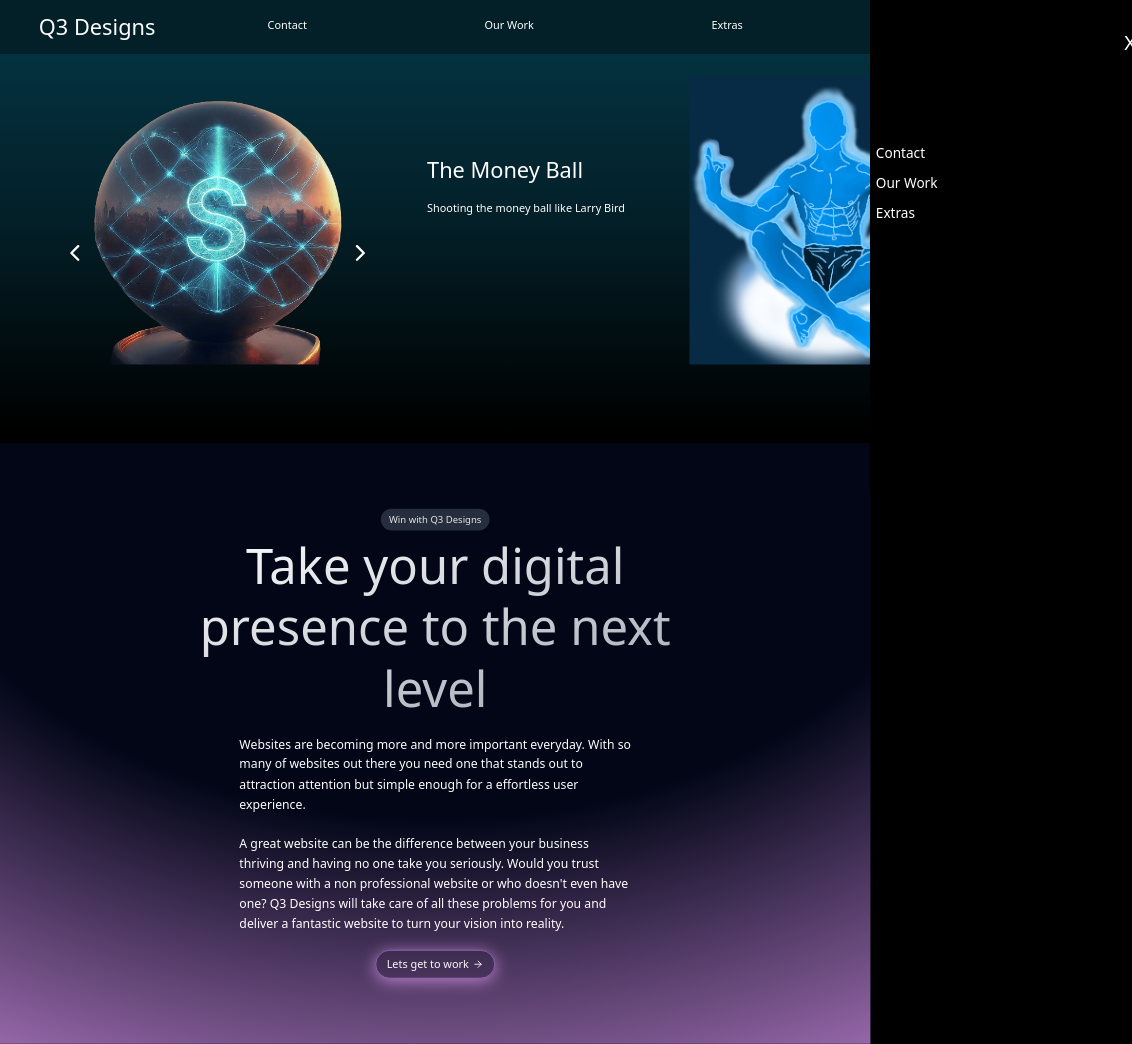
Repository: TMuse333/q3-desings2
Page: /
The author's editor kept a copy of each file at every save. The page is drawn from the files as they stood at one save, then again after the next save.
The browser window is 1280 px wide. The page is 1664 px wide, so the pictures cover 1664 px, including what lies to the right of the window. The pictures show the whole page, at 68% of full size.
The project was rebuilt for these pictures with package versions that can differ from the ones it lists, and the page was loaded fresh each time. Also part of the build but not shown: vite.config.ts, src/components/contact/contact.tsx.

Above is the page before, as saved 2024-05-17 18:53:28.

### src/main.tsx
import React from 'react'
import ReactDOM from 'react-dom/client'
import App from './App.js'
import './index.css'
import {ContextProvider} from './context/context'
import { BrowserRouter } from 'react-router-dom';
ReactDOM.createRoot(document.getElementById('root')!).render(
  <ContextProvider>
  <React.StrictMode>
    <BrowserRouter>
    <App />
    </BrowserRouter>
  </React.StrictMode>
  </ContextProvider>,
)

### src/App.tsx


import './App.css'

import Homepage from './components/homepage/homepage'
import {Route, Routes} from 'react-router-dom'
import Contact from './components/contact/contact'
function App() {


  return (
    <>
    <Routes>
      <Route path='/' element={<Homepage/>}/>
      <Route path='contact' element={<Contact/>}/>
    </Routes>

    </>
  )
}

export default App

### src/index.css
@tailwind base;
@tailwind components;
@tailwind utilities;

#root{
    background-color: black;
    height:100vh;
}

body{
    background-color: black;
}

button{
    padding:0.5rem 2rem;
    background-color: black;
    color:white;
    border-radius: 1rem;
}

h1{
    color:white;
    font-size: 2rem;
}

p{
    color:white;
    /* font-size: 1.5rem; */
}

button{
    background-color: #00769e;
}

.glow {
    box-shadow: 0 0 20px 5px #3e7384;
    box-shadow: 0 0 20px 5px #003647;
box-shadow: 0 0 20px 5px rgba(2, 148, 245, 0.5);
transition: box-shadow 0.3s ease-in, background-color 0.3s ease-in;
}

.glow:hover{
    box-shadow: 0 0 40px 5px rgba(2, 148, 245, 0.5);
    transition: box-shadow 0.3s ease-in, background-color 0.3s ease-in;
}

### src/context/context.tsx
import React, { createContext, useState, useContext, ReactNode, useEffect } from 'react';

// Define the type for the context value
interface GeneralContextType {
  textYPosition: number;
  setTextYPosition: React.Dispatch<React.SetStateAction<number>>;
  isMobile: boolean;
  setIsMobile: React.Dispatch<React.SetStateAction<boolean>>;
  setSecondCircleComplete:React.Dispatch<React.SetStateAction<boolean[]>>;
  secondCircleComplete: boolean[];
  isMobile2: boolean;
  setIsMobile2: React.Dispatch<React.SetStateAction<boolean>>;
  handleCircleComplete: (index: number, value: boolean) => void;
}

// Create the context
export const GeneralContext = createContext<GeneralContextType | undefined>(undefined);

// Create a provider component
export const ContextProvider: React.FC<{ children: ReactNode }> = ({ children }) => {
  // Initialize the value state
  const [textYPosition, setTextYPosition] = useState<number>(0);

  // Detect mobile devices
  const [isMobile, setIsMobile] = useState<boolean>(window.innerWidth <= 655);

  const [isMobile2, setIsMobile2] = useState<boolean>(window.innerWidth <= 655);

  const [secondCircleComplete, setSecondCircleComplete] = useState<boolean[]>(
    Array.from({ length: 7 }, () => false)
  );

  const handleCircleComplete = (index: number, value: boolean) => {
    setSecondCircleComplete((prev) => {
      const newState = [...prev]; // Create a copy of the previous state array
      newState[index] = value; // Update the value at the specified index
      return newState; // Return the new state array
    });
  };



  useEffect(() => {
    const handleScroll = () => {
      setIsMobile(window.innerWidth <= 655);
    };
    window.addEventListener('scroll', handleScroll);
    handleScroll();

    return () => {
      window.removeEventListener('scroll', handleScroll);
    };
  }, []);

  useEffect(() => {
    const handleScroll = () => {
      setIsMobile2(window.innerWidth <= 400);
    };
    window.addEventListener('scroll', handleScroll);
    handleScroll();

    return () => {
      window.removeEventListener('scroll', handleScroll);
    };
  }, []);

  useEffect(() => {
    console.log('is mobile', isMobile);
  }, [isMobile]);

  const contextValue = {
    textYPosition,
    setTextYPosition,
    isMobile,
    setIsMobile,
    secondCircleComplete,
    setSecondCircleComplete,
    isMobile2,
    setIsMobile2,
    handleCircleComplete
  };

  return <GeneralContext.Provider value={contextValue}>{children}</GeneralContext.Provider>;
};

export const useGeneralContext = (): GeneralContextType => {
  const context = useContext(GeneralContext);
  if (!context) {
    throw new Error('useGeneralContext must be used within a ContextProvider');
  }
  return context;
};

### src/App.css
#root {
  max-width: 1280px;
  margin: 0 auto;
  padding: 2rem;
  text-align: center;
}

.logo {
  height: 6em;
  padding: 1.5em;
  will-change: filter;
  transition: filter 300ms;
}
.logo:hover {
  filter: drop-shadow(0 0 2em #646cffaa);
}
.logo.react:hover {
  filter: drop-shadow(0 0 2em #61dafbaa);
}

.h1{
  color:red;
}

@keyframes logo-spin {
  from {
    transform: rotate(0deg);
  }
  to {
    transform: rotate(360deg);
  }
}

@media (prefers-reduced-motion: no-preference) {
  a:nth-of-type(2) .logo {
    animation: logo-spin infinite 20s linear;
  }
}

.card {
  padding: 2em;
}

.read-the-docs {
  color: #888;
}

### src/components/carousel/carousel.tsx
import React, {useEffect, useState} from 'react'
import { ChevronLeft, ChevronRight } from "react-feather";
import {motion, AnimatePresence} from 'framer-motion'

interface CarouselProps {
    images:{
        url:string,
        imageIndex:number
        title:string,
        description:string


    }[],
    hasDescription?:boolean


}


const Carousel:React.FC<CarouselProps> = ({images,
hasDescription}) =>{

    const [shift,setShift] = useState<number>(0)

    const [currentImage, setCurrentImage] = useState<number>(0)


    const [leftEdgeShift, setLeftEdgeShift] = useState<number>(-100)

    const [leftEdgeCase, setLeftEdgeCase] = useState<boolean>(true)

    function handlePrevClick(){



        if(shift === 0 ){
            console.warn('LEFT EDGE CASE!')
            setLeftEdgeCase(true)
            setLeftEdgeShift(0)
            setCurrentImage(2)

            // setShift(-images.length + 1)
            // setCurrentImage(images.length -1)
        }
        else{
            setShift(prev => prev + 1);
            setCurrentImage(prev => prev -1)
        }


    }

    function handleNextClick(){
        if(shift === -images.length +1){
            setShift(0)
            setCurrentImage(0)
        }

        else{
            setShift(prev => prev - 1);
            setCurrentImage(prev => prev + 1)
        }



}

        useEffect(()=> {
            if(shift === 0){
                console.warn('we are on left edge case')
                setLeftEdgeShift(-100)
            }
            else{
                console.warn('not on left edge case')
                setLeftEdgeShift((shift * 100) + (100 * images.length - 1))
            }
        })



    return (
        <>

        <section
        className='w-screen max-w-[1300px] relative
        flex flex-col md2:flex-row ml-auto mr-auto



          justify-center items-center

        mb-5'>



       <div className={`mt-10
        flex
       relative
       ${hasDescription ? 'md:w-[50%]' : 'w-[100%]'}`}>


        <section className='flex relative
        justify-center items-center ml-auto
        mr-auto w-[100vw]
        w-[70vw]
        max-h-[804px]
       h-[95vw]
        sm:h-[50vw]
        max-w-[900px] z-3
        max-h-[420px]
        md:max-h-[520px]

        '>


        {images.map((image,index) => (
            <>

            {/*this dictates the height and width of the image*/}
   <div className='w-[90vw]
   sm:w-[70vw]
h-[80vw]
sm:h-[50vw]

     ml-auto
   mr-auto
   mb-auto
   max-h-[390px]
   md:max-h-[520px]
   absolute transition-transform duration-500


   '
   key={index}
   style={{
    transform: `translateX(${image.imageIndex === images.length - 1 ? leftEdgeShift : (shift * 100) + (100 * image.imageIndex)}%)`,
    transitionTimingFunction: 'cubic-bezier(0.48, -0.25, 0.17, 1.33)',
   }}
>
       <img

        src={image.url}
       className='w-[80%]
            max-w-[405px]
            max-h-[424px]
       h-[100%] object-cover
       object-bottom


       ml-auto mr-auto'/>
   </div>



   </>

        ))}
<div className='relative z-3
w-[100vw] flex justify-between
items-center

max-h-[434px]
////sm:w-[70vw]
max-w-[460px]

md:top-auto

'>

        <button className='bg-transparent p-0
'>
        <ChevronLeft
            onClick={handlePrevClick}
            size={40}/>
        </button>

        <button className=' bg-transparent p-0'>
            <ChevronRight
            size={40}
            onClick={handleNextClick}/>
        </button>
        </div>




         </section>

       </div>

       {hasDescription && (
      <AnimatePresence mode='wait'>
      <motion.div
        key={currentImage}
        className="w-[100%] relative
         md2:w-[50%] md:-translate-y-[5rem]
    ml-auto
    md2:-translate-x-[2rem]
        mr-auto
  "
        initial={{ opacity: 0 }}
        animate={{ opacity: 1 }}
        exit={{ opacity: 0 }}
        transition={{ duration: 0.7 }} // Adjust duration as needed
      >
        <h1 className='md2:text-left
        md2:pl-5'>{images[currentImage].title}</h1>
        <p className="text-white
        text-center pl-5 pr-5 pt-5
        md2:pr-0 pl-0 md2:text-left
       ">{images[currentImage].description}</p>
      </motion.div>
    </AnimatePresence>
       )}
       </section>


            </>

    )
}

export default Carousel

### src/components/auroraHero/auroraHero.tsx
// import { Stars } from "@react-three/drei";
// import { Canvas } from "@react-three/fiber";
import { useEffect } from "react";
import { FiArrowRight } from "react-icons/fi";
import {
  useMotionTemplate,
  useMotionValue,
  motion,
  animate,
} from "framer-motion";
import { Link } from "react-router-dom";

const COLORS_TOP = ["#13FFAA", "#1E67C6", "#CE84CF", "#DD335C"];

export const AuroraHero = () => {
  const color = useMotionValue(COLORS_TOP[0]);

  useEffect(() => {
    animate(color, COLORS_TOP, {
      ease: "easeInOut",
      duration: 10,
      repeat: Infinity,
      repeatType: "mirror",
    });
  }, []);

  const backgroundImage = useMotionTemplate`radial-gradient(125% 125% at 50% 0%, #020617 50%, ${color})`;
  const border = useMotionTemplate`1px solid ${color}`;
  const boxShadow = useMotionTemplate`0px 4px 24px ${color}`;

  return (
    <motion.section
      style={{
        backgroundImage,
      }}
      className="relative grid min-h-screen place-content-center overflow-hidden bg-gray-950 px-4 py-24 text-gray-200"
    >
      <div className="relative z-10 flex flex-col items-center">
        <span className="mb-1.5 inline-block rounded-full bg-gray-600/50 px-3 py-1.5 text-sm">
          Win with Q3 Designs
        </span>
        <h1 className="max-w-3xl bg-gradient-to-br from-white to-gray-400 bg-clip-text text-center text-3xl font-medium leading-tight text-transparent sm:text-5xl sm:leading-tight md:text-7xl md:leading-tight">
          Take your digital presence to the next level
        </h1>
        <p className="my-6 max-w-xl text-left  text-base leading-relaxed md:text-lg md:leading-relaxed">
        Websites are becoming more and more important everyday. With so many of websites out there you need one that stands out to attraction attention but simple enough for a effortless user experience.
<br/><br/>
A great website can be the difference between your business thriving and having no one take you seriously. Would you trust someone with a non professional website or who doesn't even have one? Q3 Designs will take care of all these problems for you and deliver a fantastic website to turn your vision into reality.
        </p>
        <Link to='/contact'>


        <motion.button
          style={{
            border,
            boxShadow,
          }}
          whileHover={{
            scale: 1.015,
          }}
          whileTap={{
            scale: 0.985,
          }}
          className="group relative flex w-fit items-center gap-1.5 rounded-full bg-gray-950/10 px-4 py-2 text-gray-50 transition-colors hover:bg-gray-950/50"
        >
          Lets get to work
          <FiArrowRight className="transition-transform group-hover:-rotate-45 group-active:-rotate-12" />
        </motion.button>
        </Link>
      </div>

      {/* <div className="absolute inset-0 z-0">
        <Canvas>
          <Stars radius={50} count={2500} factor={4} fade speed={2} />
        </Canvas>
      </div> */}
    </motion.section>
  );
};

Loaded but not shown: index.html (common file); tailwind.config.js (23 lines, source omitted); src/components/navbar/navbar.tsx (264 lines, source omitted); src/components/homepage/homepage.tsx (257 lines, source omitted)

After the next save:
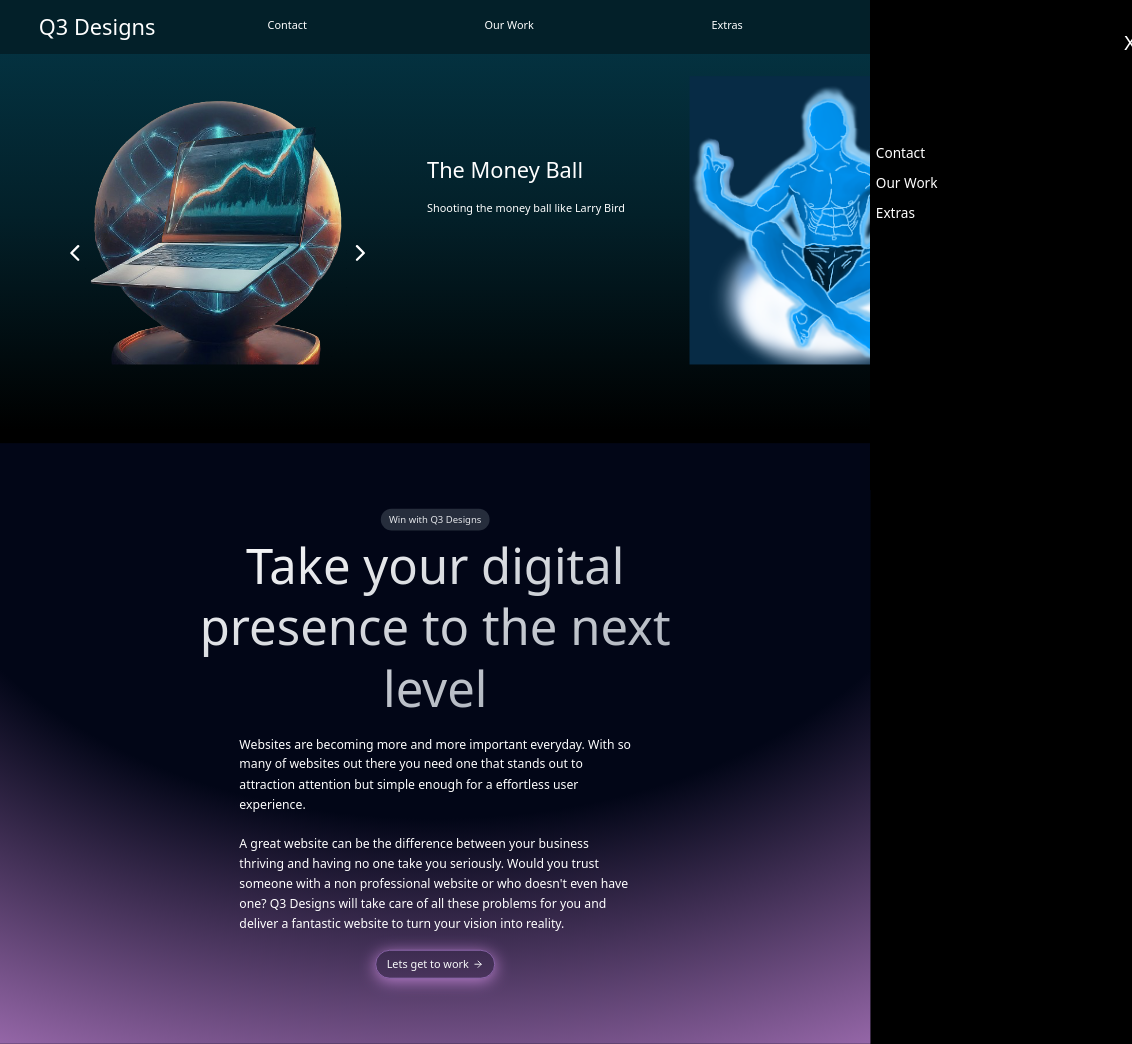
Saved 39 s later.
--- a/src/components/carousel/carousel.tsx
+++ b/src/components/carousel/carousel.tsx
@@ -133,7 +133,7 @@
    '
    key={index}
    style={{
-    transform: `translateX(${image.imageIndex === images.length - 1 ? leftEdgeShift : (shift * 100) + (100 * image.imageIndex)}%)`,
+    transform: `translateX(${image.imageIndex === images.length - 1 ? 0 : (shift * 100) + (100 * image.imageIndex)}%)`,
     transitionTimingFunction: 'cubic-bezier(0.48, -0.25, 0.17, 1.33)',
    }}
 >

After the save that followed:
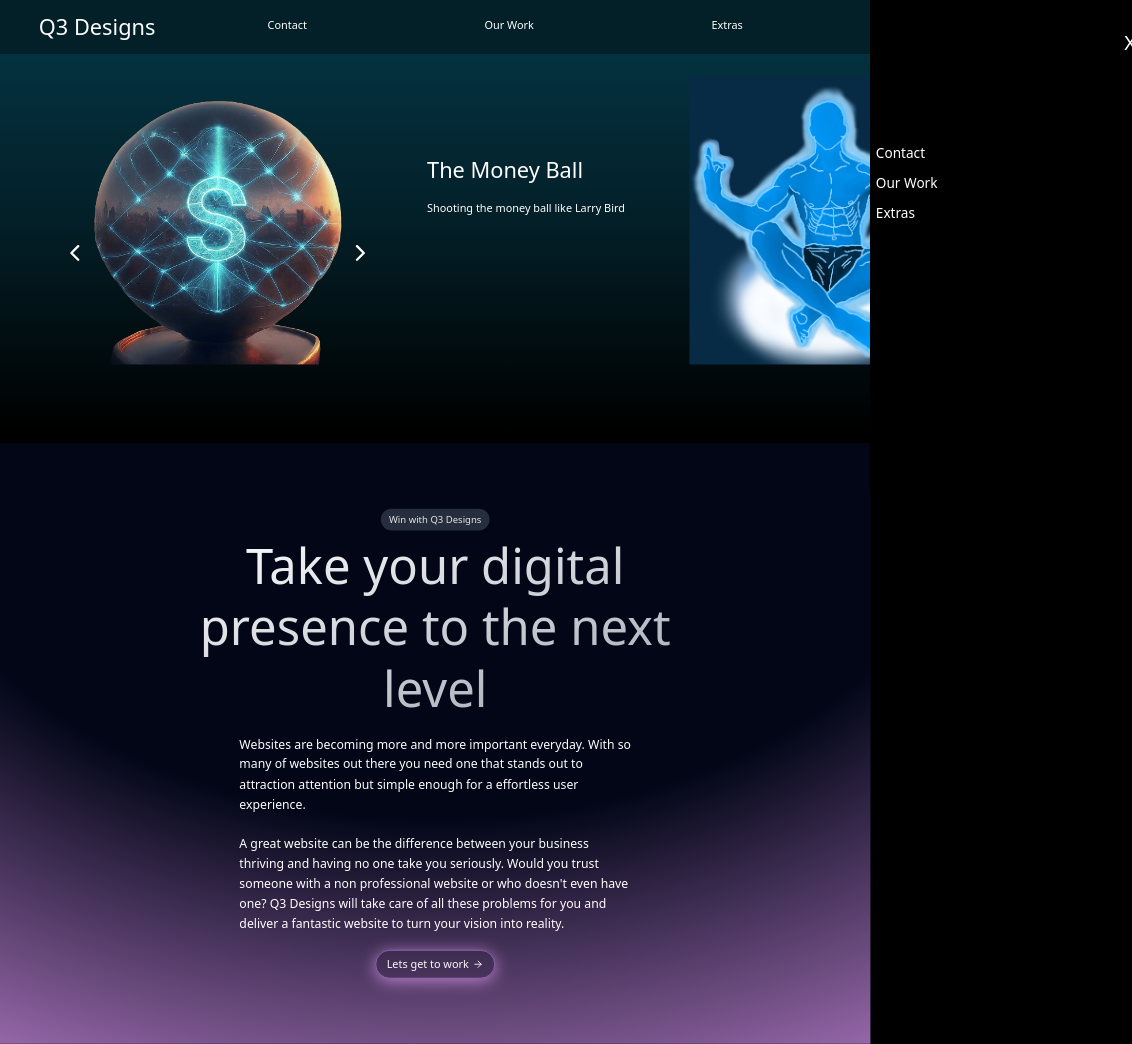
Saved 4 s later.
--- a/src/components/carousel/carousel.tsx
+++ b/src/components/carousel/carousel.tsx
@@ -133,7 +133,7 @@
    '
    key={index}
    style={{
-    transform: `translateX(${image.imageIndex === images.length - 1 ? 0 : (shift * 100) + (100 * image.imageIndex)}%)`,
+    transform: `translateX(${image.imageIndex === images.length - 1 ? leftEdgeShift : (shift * 100) + (100 * image.imageIndex)}%)`,
     transitionTimingFunction: 'cubic-bezier(0.48, -0.25, 0.17, 1.33)',
    }}
 >
